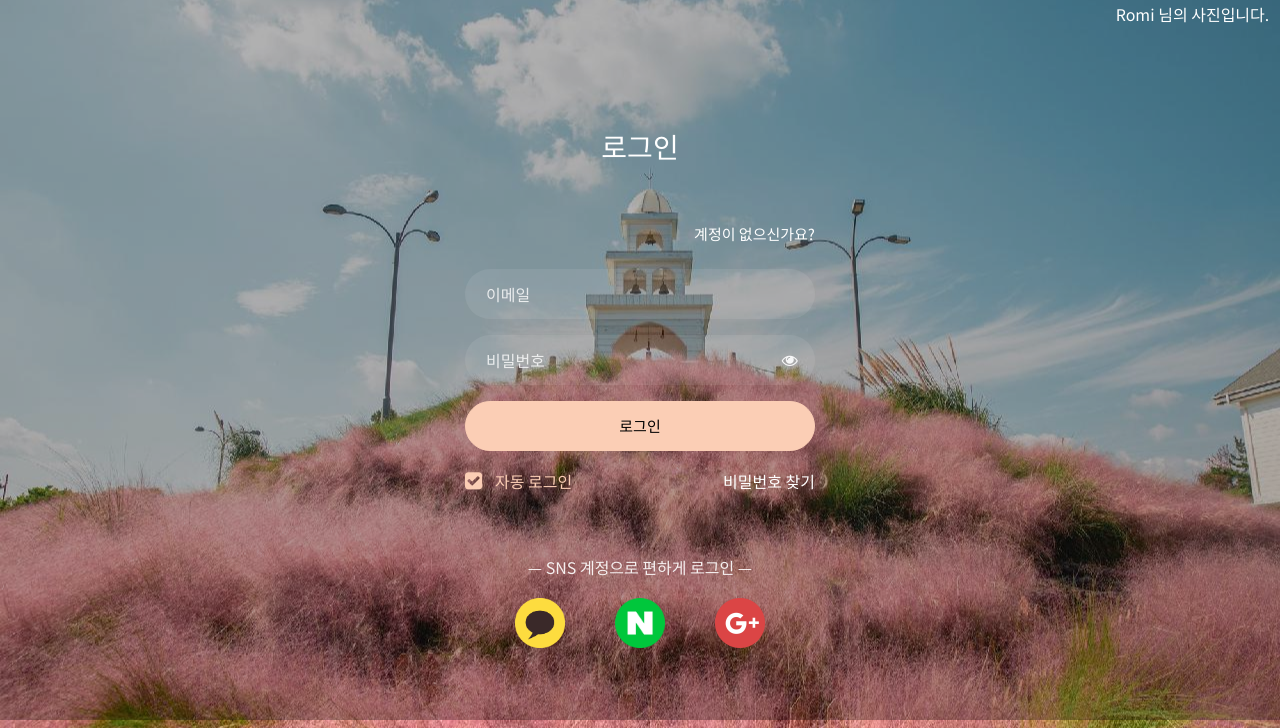
Repository: jangseohyun/LEGGO_2021
Page: http://localhost/PrjApp/Login.jsp
These files come from the project's save history. The page is drawn as it stood at one moment and after the next save; the edit follows.
The browser window is 1280 px wide. The pictures show the whole page.
The page is served by Tomcat 9.

Above is the page before, as saved 2021-06-26 11:25:16.

After the next save:
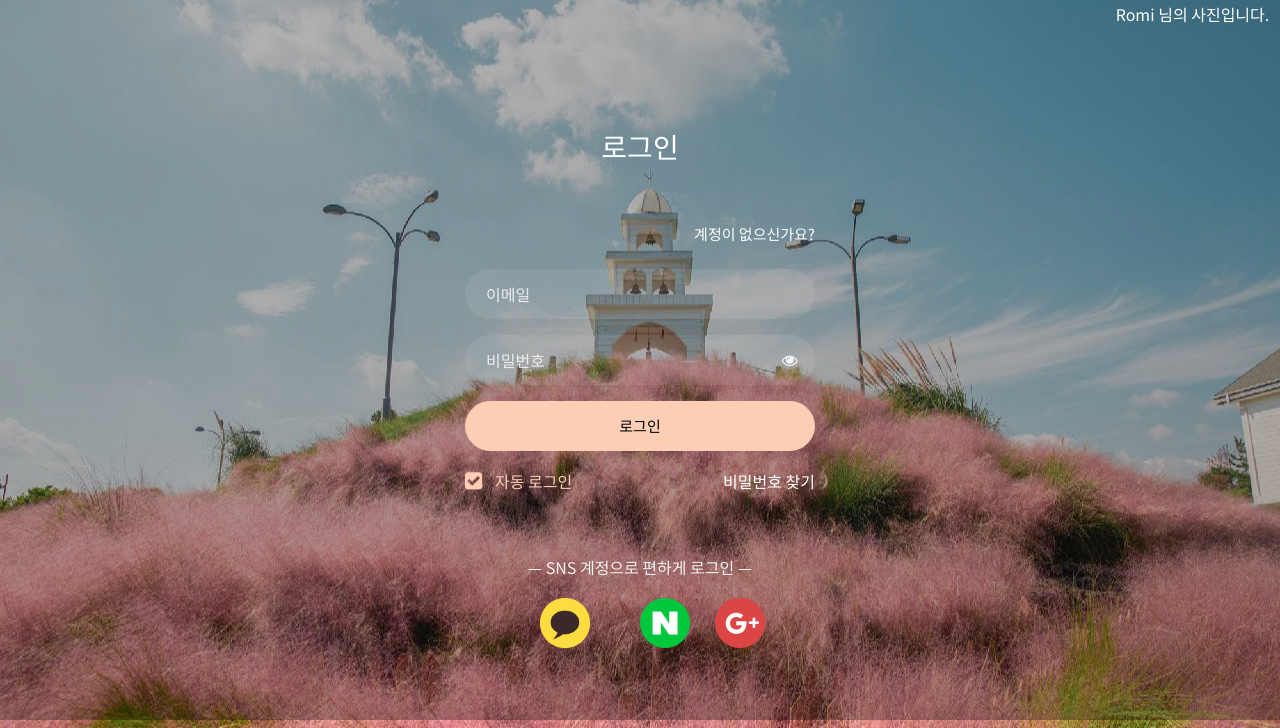
Saved 38 s later.
--- a/PrjApp/WebContent/Login.jsp
+++ b/PrjApp/WebContent/Login.jsp
@@ -79,7 +79,7 @@
 						<div class="social d-flex" style="text-align: center;">
 							<div style="width: 100px;"><img src="images/kakao_login.png" width="50px"></div>
 							<div style="width: 100px;"><img src="images/naver_login.png" width="50px" style="border-radius: 5px;"></div>
-							<div class="googlelogin g-signin2" style="width: 100px;" data-onsuccess="onSignIn"><img src="images/google_login.jpg" width="50px" style="border-radius: 5px;"></div>
+							<div class="googlelogin g-signin2" data-width="100" data-height="50" data-longtitle="true" data-onsuccess="onSignIn"><img src="images/google_login.jpg" width="50px" style="border-radius: 5px;"></div>
 						</div>
 					</div>
 				</div>
@@ -108,27 +108,7 @@
             console.log("ID Token: " + id_token);
         };
     </script>
-    <script>
-      function onSuccess(googleUser) {
-        console.log('Logged in as: ' + googleUser.getBasicProfile().getName());
-      }
-      function onFailure(error) {
-        console.log(error);
-      }
-      function renderButton() {
-        gapi.signin2.render('my-signin2', {
-          'scope': 'profile email',
-          'width': 240,
-          'height': 50,
-          'longtitle': true,
-          'theme': 'dark',
-          'onsuccess': onSuccess,
-          'onfailure': onFailure
-        });
-      }
-    </script>
 
-    <script src="https://apis.google.com/js/platform.js?onload=renderButton" async defer></script>
 
 </body>
 </html>
